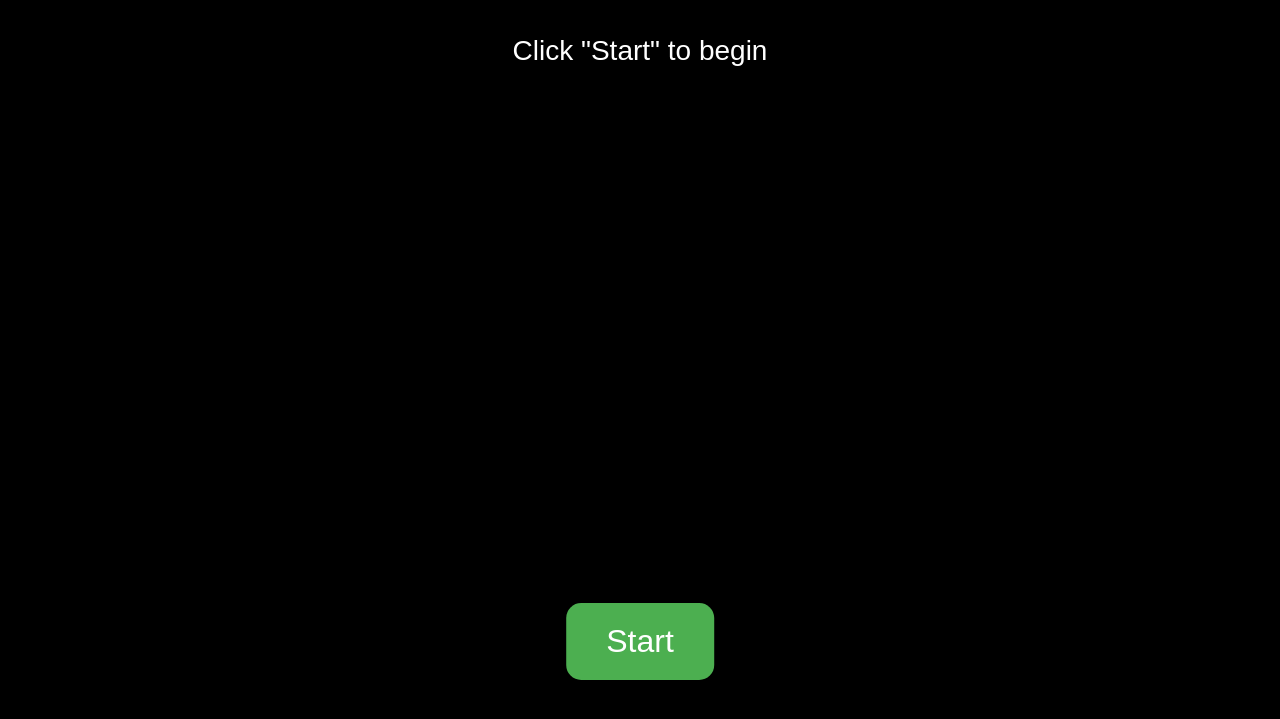
Repository: Jayhawk2000/AR_Game_DCD_Children
Page: challenge/jump/index.html
The author's editor kept a copy of each file at every save. The page is drawn from the files as they stood at one save, then again after the next save.
The browser window is 1280 px wide. The pictures show the whole page.

Above is the page before, as saved 2024-10-07 16:57:30.

After the next save:
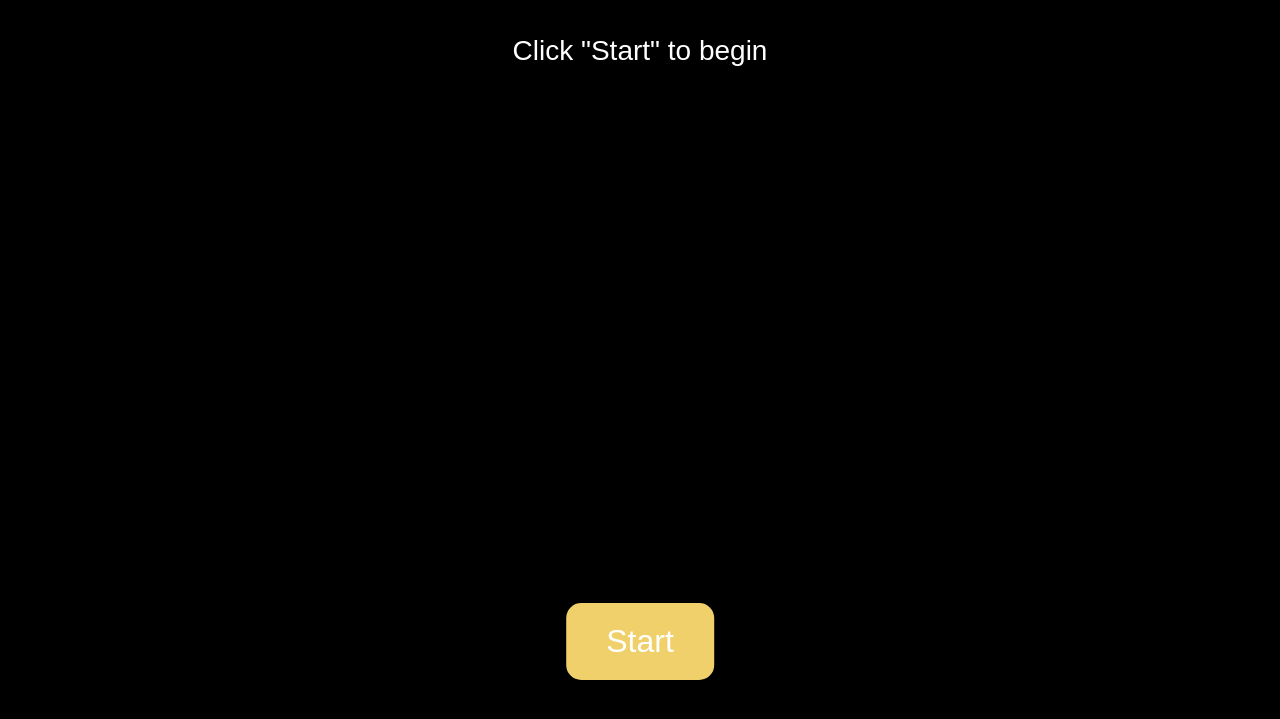
Saved 16 s later.
--- a/challenge/jump/styles.css
+++ b/challenge/jump/styles.css
@@ -62,7 +62,7 @@ body {
   padding: 20px 40px;
   font-size: 32px;
   cursor: pointer;
-  background-color: #4caf50;
+  background-color: rgb(240, 208, 106);
   color: white;
   border: none;
   border-radius: 15px;
